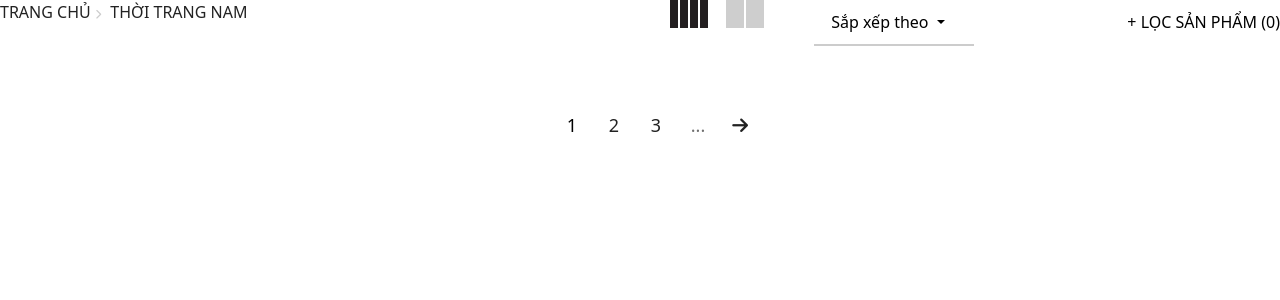
Repository: NguyenQuangQuan021099/FE_Page-Male
Page: index.html
These files come from the project's save history. The page is drawn as it stood at one moment and after the next save; the edit follows.
The browser window is 1280 px wide. The pictures show the whole page.
The page's requests for data from a server got no answer. Some web libraries are served in a nearby version.

Above is the page before, as saved 2021-07-08 10:54:48.

### index.html
<!DOCTYPE html>
<html lang="en">
<head>
    <meta charset="UTF-8">
    <meta http-equiv="X-UA-Compatible" content="IE=edge">
    <script src="https://kit.fontawesome.com/ce2ff1d6ed.js" crossorigin="anonymous"></script>
    <link href="https://cdn.jsdelivr.net/npm/bootstrap@5.0.1/dist/css/bootstrap.min.css" rel="stylesheet" integrity="sha384-+0n0xVW2eSR5OomGNYDnhzAbDsOXxcvSN1TPprVMTNDbiYZCxYbOOl7+AMvyTG2x" crossorigin="anonymous">
    <script src="https://code.jquery.com/jquery-3.6.0.min.js" integrity="sha256-/xUj+3OJU5yExlq6GSYGSHk7tPXikynS7ogEvDej/m4=" crossorigin="anonymous"></script>
    <meta name="viewport" content="width=device-width, initial-scale=1.0">
    <link rel="stylesheet" href="style.css">
    <title>Trang Nam</title>
</head>
<body>
<div class="main">
<!-- -------------------------Begin Nav-------------------------------------------------- -->
<div class="category__product__action d-flex ">
    <div class="breadcrumbs">
        <a href="" title="Đi đến trang chủ">TRANG CHỦ</a>
        <i style="color: #ccc; font-size: 10px; margin-right: 5px; padding-bottom: 2px;" class="fas fa-chevron-right"></i>
        <span style="color: #222">THỜI TRANG NAM</span>
    </div>
  <div class="nav-2">
    <div class="toolbar__product ">
      <a href="#" class="active" title="Lưới" ></a>
      <a href="#" class="disable" title="Danh sách" ></a>
    </div>
    <!-- --------------begin dropdown ------------------>
    <div class="dropdown">
      <button class="btn btn-secondary dropdown-toggle" type="button" id="dropdownMenuButton1" data-bs-toggle="dropdown" aria-expanded="false">
        Sắp xếp theo
      </button>
      <ul class="dropdown-menu sorter" aria-labelledby="dropdownMenuButton1" .>
        <li><a class="dropdown-item" href="#">Thứ tự chữ cái A-Z</a></li>
        <li><a class="dropdown-item" href="#">Thứ tự chữ cái Z-A</a></li>
        <li><a class="dropdown-item" href="#">Giá tăng dần</a></li>
        <li><a class="dropdown-item" href="#">Giá giảm dần</a></li>
        <li><a class="dropdown-item" href="#">Sản phẩm mới nhất</a></li>
      </ul>
    </div>
    <!-- -------------------end dropdown ---------------->
</div>
    <!-------------------- begin filter---------------- -->
  <div class="filter__toggle">
    <div class="list-group">
      <button class="list-group-item list-group-item-action actived-list" aria-current="true" >
        + LỌC SẢN PHẨM (0)
      </button>
      <div class="list-select">
        <div class="list-group-item list-group-item-action reset-close">
          <button class="reset">ĐẶT LẠI</button>
          <button class="close">ĐÓNG</button>
        </div>
        <div class="filter-option-list">
          <div class="filter-option">
            <button class="list-group-item list-group-item-action btn__item actived">NHÓM
              <div class="icon">
                <i class="fas fa-plus icon-1"></i>
                <i class="fas fa-minus icon-2"></i>
              </div>
            </button>
            <div class="item__male">
              <ul class="items">
                <li class="item"> <a href="">ÁO NAM</a></li>
                <li class="item"> <a href="">QUẦN NAM</a></li>
                <li class="item"> <a href="">GIÀY DÉP NAM</a></li>
                <li class="item"> <a href="">PHỤ KIỆN THỜI TRANG NAM</a></li>
              </ul>
            </div>
          </div>

        <div class="filter-option">
          <button class="list-group-item list-group-item-action btn__item actived">KÍCH CỠ
            <div class="icon">
              <i class="fas fa-plus icon-1"></i>
              <i class="fas fa-minus icon-2"></i>
            </div>
          </button>
          <div class="item__male">
            <ul class="items items-size">

            </ul>
          </div>
        </div>
        <div class="filter-option">
          <button class="list-group-item list-group-item-action btn__item">MÀU TRANG PHỤC</button>
        </div>
        <div class="filter-option">
        <button class="list-group-item list-group-item-action btn__item">GÍA TIỀN</button>
        </div>
        </div>
      </div>
    </div>
  </div>
<!-- -------------------End filter--------------------- -->

</div>

<!-- --------------------End Nav----------------------- -->

<!-------------------Begin product--------------------- -->
<div class="product">
        <ol id="product-list-items">

        </ol>
</div>
<!-------------------End product--------------------- -->

<!-- -------------Begin pagination --------------------->
<div class="pagination ">
  <ul class="list__pag ">
    <li class="item__current"><a href="#">1</a></li>
        <li class="item"><a href="#">2</a></li>
        <li class="item"><a href="#">3</a></li>
        <li class="item"><span>...</span></li>
        <li class="item__next"><a href="#" title="Tiếp theo"><i class="fas fa-arrow-right"></i></a></li>
  </ul>
</div>
<!-- -------------End pagination ---------------------->
</div>
    <script src="./app.js"></script>
    <script src="https://cdn.jsdelivr.net/npm/@popperjs/core@2.9.2/dist/umd/popper.min.js" integrity="sha384-IQsoLXl5PILFhosVNubq5LC7Qb9DXgDA9i+tQ8Zj3iwWAwPtgFTxbJ8NT4GN1R8p" crossorigin="anonymous"></script>
    <script src="https://cdn.jsdelivr.net/npm/bootstrap@5.0.1/dist/js/bootstrap.min.js" integrity="sha384-Atwg2Pkwv9vp0ygtn1JAojH0nYbwNJLPhwyoVbhoPwBhjQPR5VtM2+xf0Uwh9KtT" crossorigin="anonymous"></script>
</body>
</html>

### style.css
*{
    margin: 0;
    padding: 0;
    box-sizing: border-box;
}

html{
    font-family: Arial, Helvetica, sans-serif;
}

a, a:hover{
    color: #222;
    text-decoration: none;
}

.category__product__action{
    margin-bottom: 50px;
    justify-content: space-between;
    position: relative;
}

.nav-2{
    display: flex;
    position: absolute;
    right: 20%;
}


.toolbar__product a{
    height: 28px;
    display: inline-block;
    width: 38px;
    background-repeat: no-repeat;
}

.toolbar__product .active{
    background-image: url(./img/grid4active.svg);
    padding-right: 52px;
}

.toolbar__product .disable{
    background-image: url(./img/grid2disable.svg);
}

/* Dropdown css */
.dropdown{
    margin: 0 50px;
}

.btn-secondary {
    width: 160px;
    height: 46px;
    color: black;
    background-color: white;
    border-style: none;
    border-bottom: 2px solid #ccc;
    border-radius: 0px;
    padding: 0 25px 0 13px;
}


.btn-secondary:hover{
    color: black;
    background-color: white;
    border-bottom: 1px solid #ccc;

}

.btn-check:focus+.btn-secondary, .btn-secondary:focus {
    color: black;
    background-color: #fff;
    border-color: rgb(54, 52, 52);
    box-shadow: none;
    outline: none;
}
.sorter .dropdown-item:hover {
    color: white;
    background-color: #1777f2;
}

/* End dropdown */

/*  product items css */
/* filter css */
.list-group .actived-list{
    background-color: #fff;
    border-style: none;
    color:black ;
}

.reset-close{
    width: 100%;
    padding: 20px 0;
    display: flex;
    justify-content: space-between;
    border-style: none;
    border-bottom: 1px solid black;
    position: relative;

}
.reset-close button{
    font-size: 18px;
    margin: 0 30px;
    border-style: none;
    background-color: #fff;
}

/* begin filter */
.filter__toggle{
    margin-top: 10px;
}

.list-select{
    width: 25.8%;
    height: 100%;
    position: fixed;
    top: 0;
    display: none;
    right: 0;
    z-index: 2;
    background-color: #fff;
    border-left: 1px solid black;
    animation: mymove ease-in-out .8s;
    transition: all 0.2s ease-in-out 0.2s;
}
.list-group-item{
    padding: 0;
}
.list-group-item-action:hover{
    background-color: #fff;
}

.list-select button{
   font-size: 18px;
}

.btn__item{
    padding-left: 30px;
    display: flex;
    justify-content: space-between;
}

.list-group .item__male ul li{
    list-style: none;
    padding-top: 8px;
}

.filter-option-list{
    height: 95vh;
    overflow-y: scroll;
}

.filter-option{
    border-bottom: 1px solid black;
}

.filter-option button .icon{
   display: inline-block;

}

.filter-option button .icon .icon-1{
    display: none;
}


@keyframes mymove{
    0%{
        right: -100%;
    }

    50%{
        right: -50%;
    }
    100%{
        right: 0;
    }
}

/* end filter css */
/* product items css */
.product{
     max-width: 100%;
     padding-left: 12px;
}

.product ol{
    display: flex;
    flex-wrap: wrap;
    padding-left: 0;
}

.product #product-list-items .product-items{
    width: 25%;
    list-style: none;
    margin-bottom: 30px;
}

li .renderItems  a img{
    width: 100%;
    object-fit: cover;
    padding: 3px;
}

li .renderItems  .sub__div{
    padding-top: 16px;
    display: flex;
    flex-direction: column;
}

li .renderItems .sub__div .title{
    color: #222;
    font-weight: 500;
    text-transform: uppercase;
    font-size: 12px;
    text-decoration: none;
}

li .renderItems .sub__div .price{
    opacity: 0.7;
    font-size: 16px;
    font-family: Roboto;
}

li .renderItems .sub__div a{
    position: relative;
    display: inline-block;
}

li .renderItems .sub__div .img__mini{
    width: 22px;
    height: 22px;
}

li .renderItems .sub__div a img{
    width: 100%;
    object-fit: none;
}

li .renderItems .sub__div a img:hover{
    border: 1px solid black;
}

li .renderItems .sub__div a .sub__content{
    position: absolute;
    padding: 10px 30px;
    border: 1px solid black;
    border-radius: 5px;
    background-color: #fff;
    top: -50px;
    display: none;
}

li .renderItems .sub__div a:hover .sub__content{
    display: block;
}

/* End product items */

/* Begin pagination */
.pagination{
    display: block;
}

.pagination ul{
    display: flex;
    justify-content: center;
}
.pagination ul li{
    list-style: none;
    width: 30px;
    height: 30px;
    font-size: 18px;
    color: #707070;
    margin: 12px 6px;
    text-align: center;
}

.pagination ul .item__current a{
    color: black;
}

.pagination ul li:hover a{
    background-color: #ccc;
    border-radius: 2px;
    padding: 6px 12px;
}

/* End paginaton */

/* Responsive */
/* Mobile : width < 720px */
@media only screen and (max-width: 46.1875em){

}

/* tablet : width >= 740px and width < 1024px */
@media screen and (min-width: 360px) and (max-width: 1024px) {

    .category__product__action{
        flex-direction: column-reverse;
        padding: 0 20px;
        margin-bottom: 0;
    }

    .nav-2{
        justify-content: space-between;

    }

    .toolbar__product{
        display: none;
    }


    ol, ul {
        padding-left: 0  !important;
    }

    ol>:first-child{
      width: 100% !important;
      padding-right: 12px;
    }

    ol >:first-child .renderItems a img{
        width: 100% !important;
    }

    li{
        width: 50% !important;
        padding-right: 10px;
    }

    .pagination ul li{
        width: 30px !important;
    }

}

### app.js
let itemAPI = "http://localhost:3000/items";
let sizeAPI = "http://localhost:3000/listSize";

function start() {
    getItem(renderItems);
    getSize(renderListSize);
}
start();

// lay ra item
function getItem(callback) {
    fetch(itemAPI)
    .then(function(response){
        return response.json();
    })
    .then(callback);
}

//render item
function renderItems(items){
    let listItemsBlock = document.querySelector("#product-list-items");
    let htmls = items.map(function(item){
        return `
        <li class="product-items">
            <div class="renderItems">
                <a href=""><img src="${item.image}" alt="" srcset=""></a>

                <div class="sub__div">

                    <a href="#" class="title"> ${item.title} </a> <br>

                    <span class="price">${item.price}</span> <br>

                        <a class="img__mini" href="#"> <img src="${item.miniimg}">
                            <div class="sub__content">
                                ${item.contentmini1}
                            </div>
                        </a>
                </div>
            </div>
        </li>
        `;
    });
    listItemsBlock.innerHTML = htmls.join('');
}

// render list size clothing
function getSize(callback) {
    fetch(sizeAPI)
    .then(function(response){
        return response.json();
    })
    .then(callback);
}

function renderListSize(listSize){
    let listSizeBlock = document.querySelector(".items-size");
    console.log(listSizeBlock);
    let htmls = listSize.map(function(size){
        return `
            <li class="item"> <a href=""> ${size.sizeClothing}</a></li>
        `;
    });
    listSizeBlock.innerHTML = htmls.join('');
    console.log(htmls);
}


// $('.show-hide').on("click", function(e){
//     $(this).find('.hide').css("display", "none");
//     $(this).find('.show').css("display", "block");
//     e.preventDefault();
// })


// filter actions
$('.actived-list, .close').on("click", function(){
    $(this).parent('.list-group').find('.list-select').toggle();
    $(this).parents('.list-select').toggle();

})

$('.actived, .not-actived').on("click", function(){
    $(this).find('.icon-1').toggle();
    $(this).find('.icon-2').toggle();
    $(this).parent('.filter-option').find('.item__male').toggle();
        if ($(this).hasClass('actived')) {
            $(this).removeClass('actived').addClass('not-actived');
        } else {
                $(this).removeClass('not-actived').addClass('actived');
        }
})


$('.reset').on("click", function(){
   $(this).parents('.list-select').find('.item__male').show();
   $(this).parents('.list-select').find('.icon-1').hide();
   $(this).parents('.list-select').find('.icon-2').show();
})

After the next save:
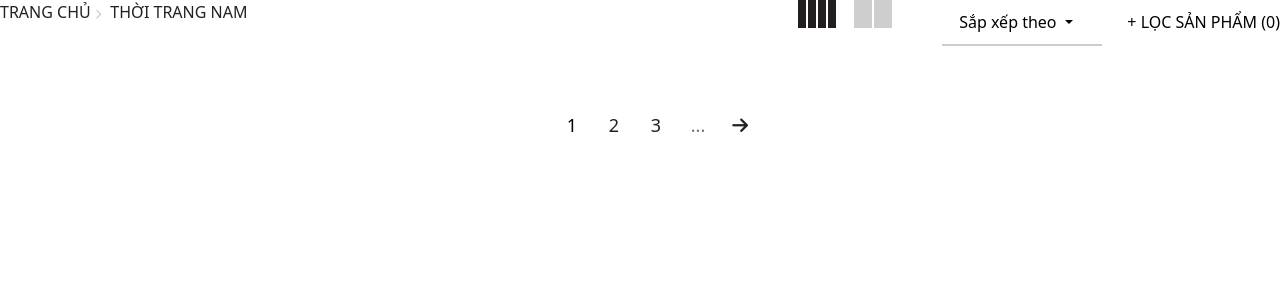
Saved 5 s later.
--- a/style.css
+++ b/style.css
@@ -22,7 +22,7 @@ a, a:hover{
 .nav-2{
     display: flex;
     position: absolute;
-    right: 20%;
+    right: 10%;
 }
 
 
